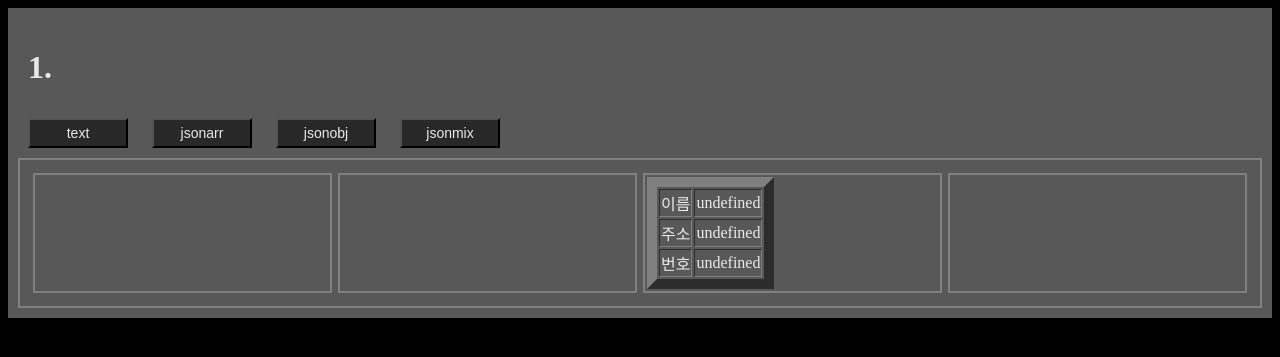
Repository: prawniel99/05_JQuery
Page: workspace/jqpro/WebContent/비동기3_XMLRequest/dataType.html
These files come from the project's save history. The page is drawn as it stood at one moment and after the next save; the edit follows.
The browser window is 1280 px wide. The pictures show the whole page.
After loading, the first visible `#jobj` was clicked once.

Above is the page before, as saved 2024-08-22 02:58:49.

After the next save:
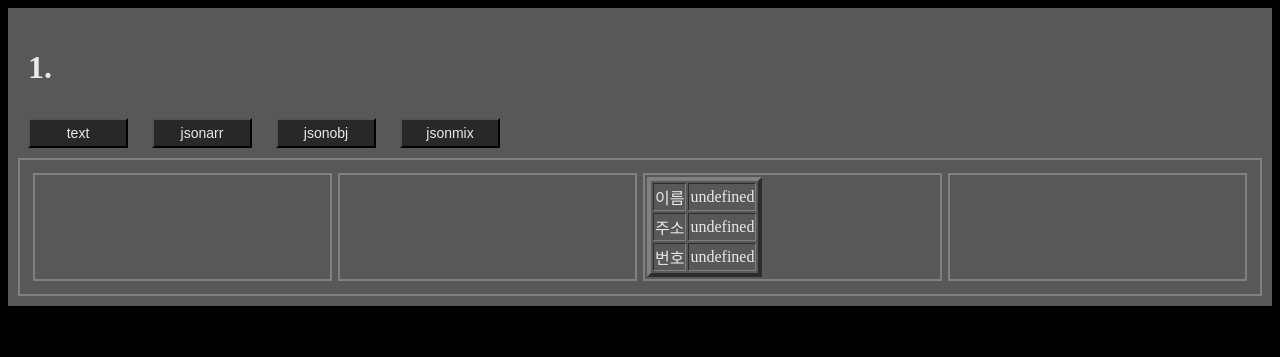
Saved 6 s later.
--- a/workspace/jqpro/WebContent/비동기3_XMLRequest/dataType.html
+++ b/workspace/jqpro/WebContent/비동기3_XMLRequest/dataType.html
@@ -94,7 +94,7 @@
                     	res = this.responseText;
 
                         // 출력모양
-                        code = "<table border='10'>";
+                        code = "<table border='4'>";
                         code += "<tr><td>이름</td>";
                         code += "<td>"+res.name+"</td></tr>";
 
